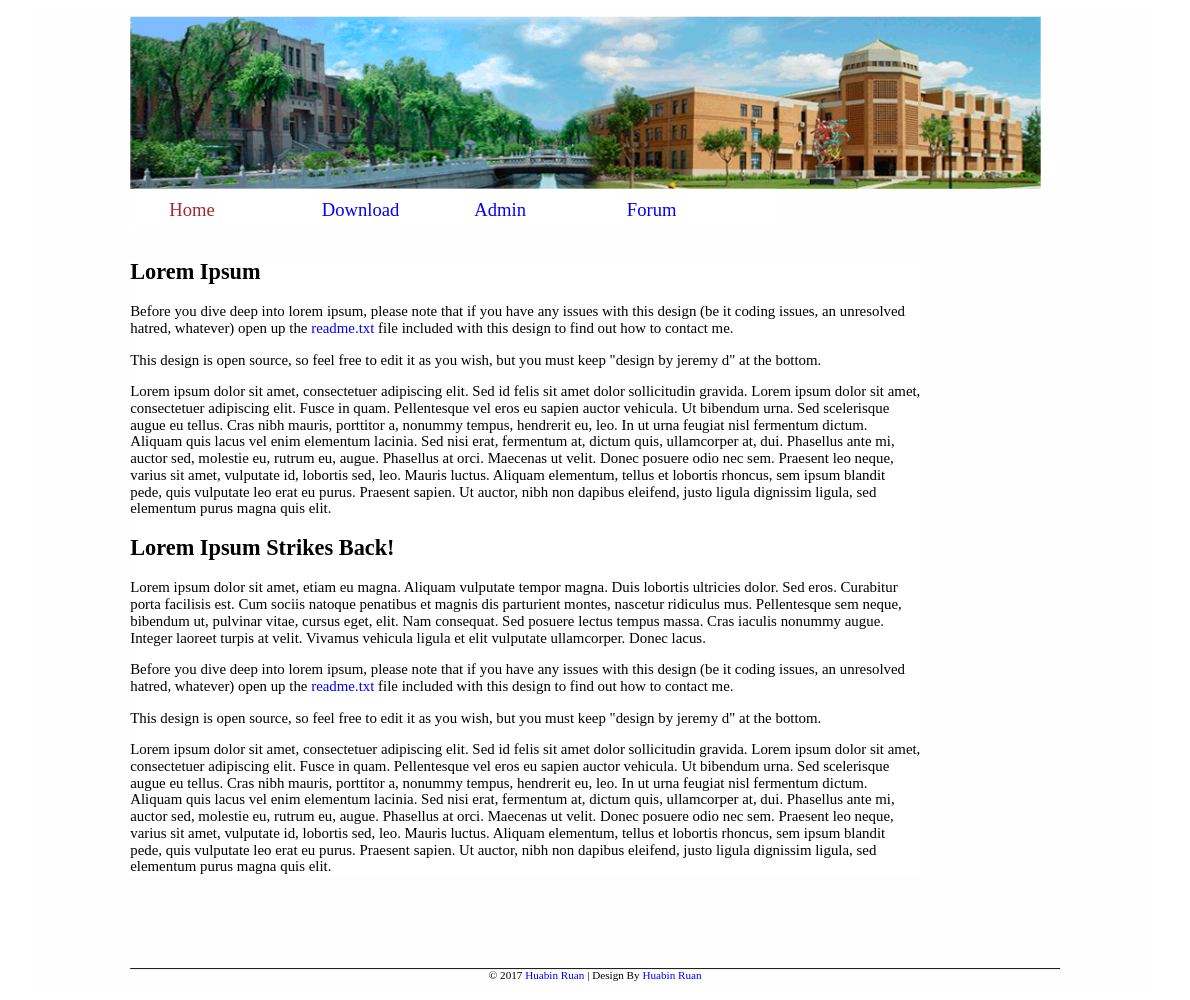
Repository: ruanhuabin/LifeSoftwareWebSite
Page: http://localhost/CryoEM/
An editor plug-in stored every save of this project. The page is shown before and after the next save, followed by the edit.
The browser window is 1280 px wide. The pictures show the whole page, at 93% of full size.
The page is served by Tomcat 9. Nobody is signed in. The application's start-up code is not run.

Above is the page before, as saved 2017-08-14 02:30:56.

After the next save:
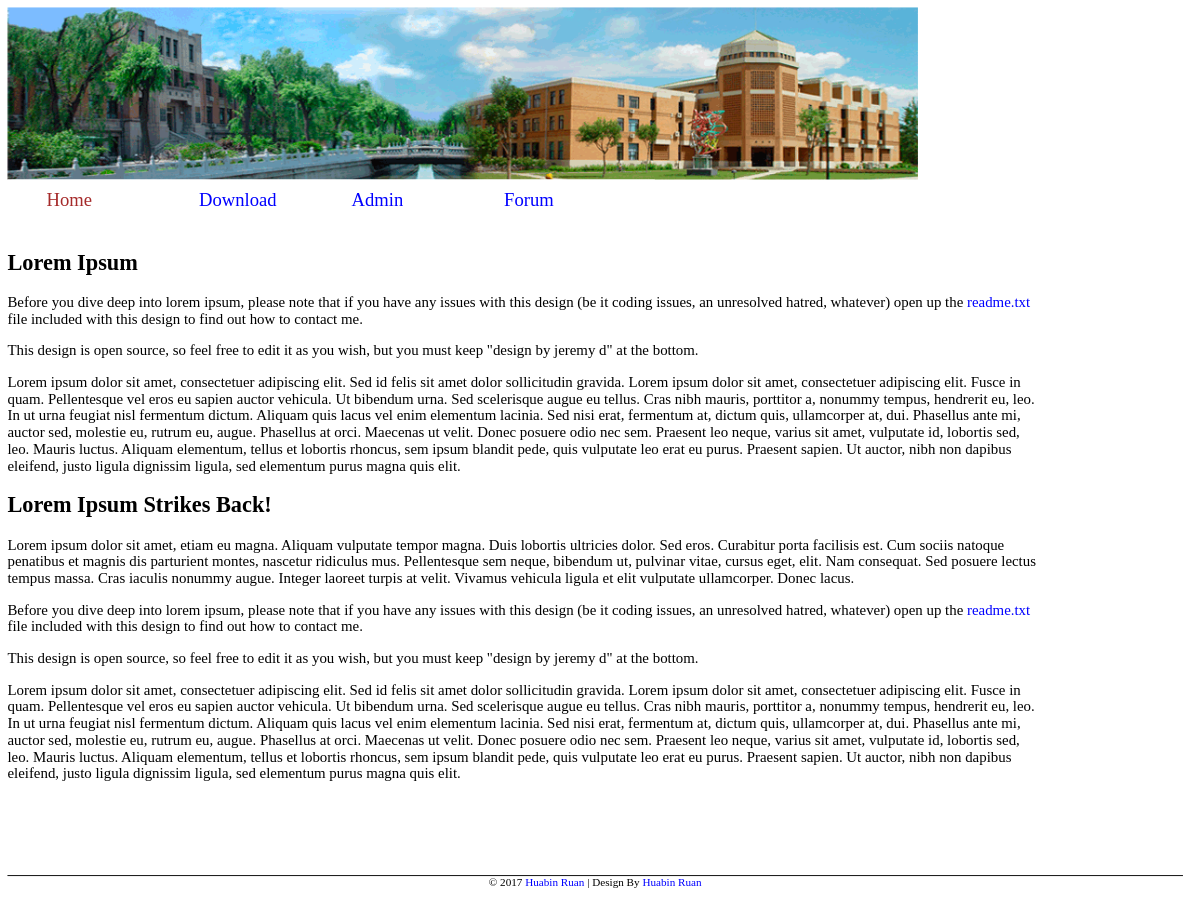
Saved 43 s later.
--- a/CryoEM/WebRoot/index.jsp
+++ b/CryoEM/WebRoot/index.jsp
@@ -20,7 +20,7 @@
 
 
 
-<div id="main-container">
+<div id="main-container22">
 
 <div id="header">
 </div>

After the save that followed:
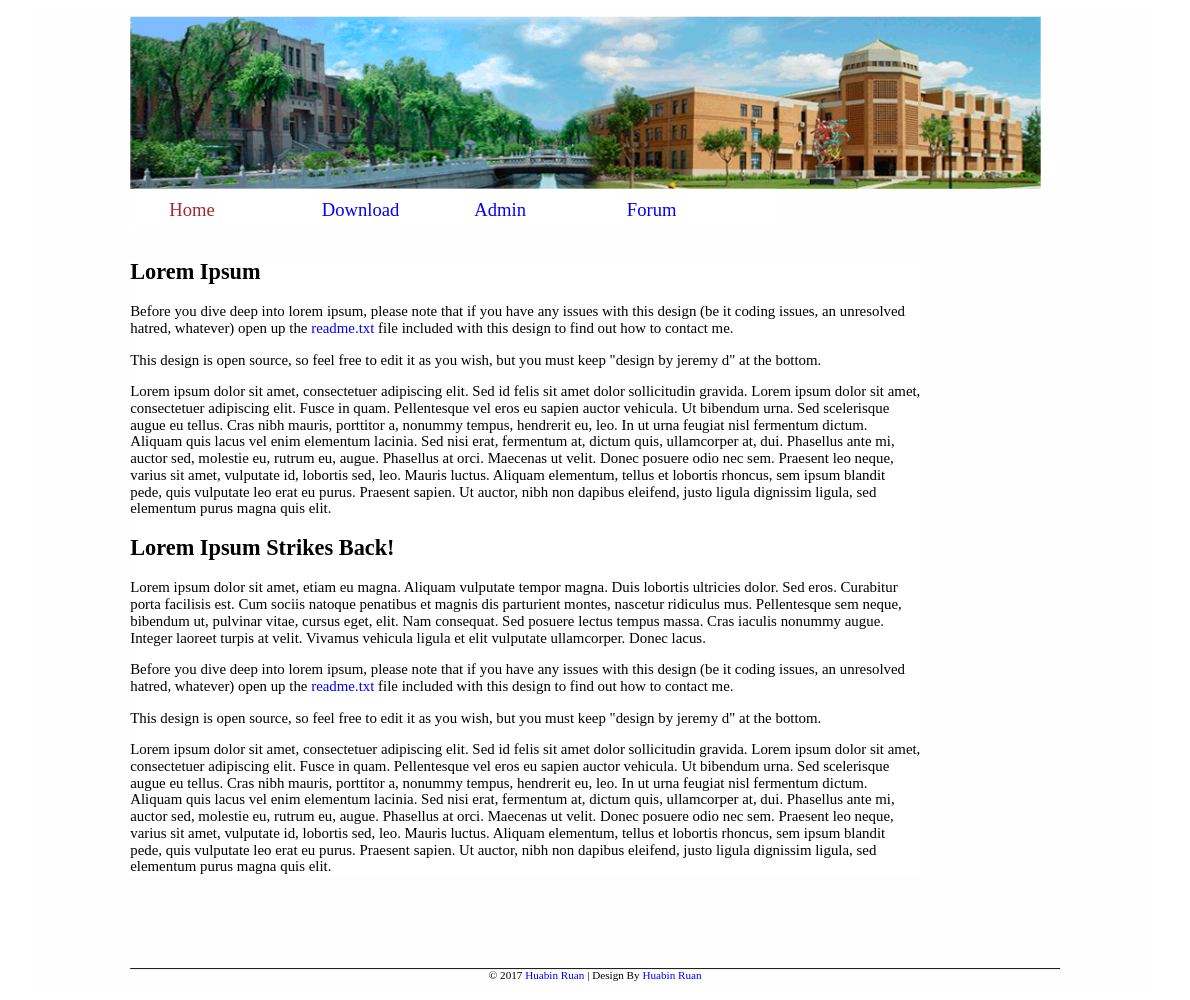
Saved 23 s later.
--- a/CryoEM/WebRoot/index.jsp
+++ b/CryoEM/WebRoot/index.jsp
@@ -20,7 +20,7 @@
 
 
 
-<div id="main-container22">
+<div id="main-container">
 
 <div id="header">
 </div>
